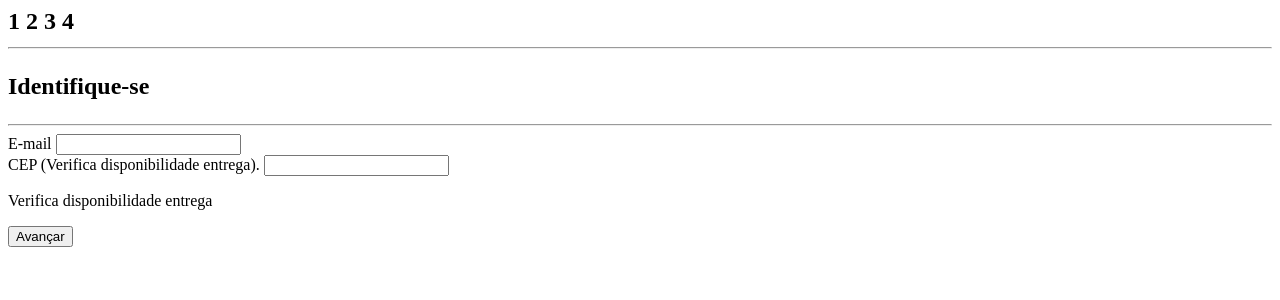
Repository: organicos/organicos.github.io
Page: compra/step_1.html
The author's editor kept a record of every edit. The page is drawn from the files as they stood at one moment, then again after the next edit.
The browser window is 1280 px wide. The pictures show the whole page.

Above is the page before.

After the next edit:
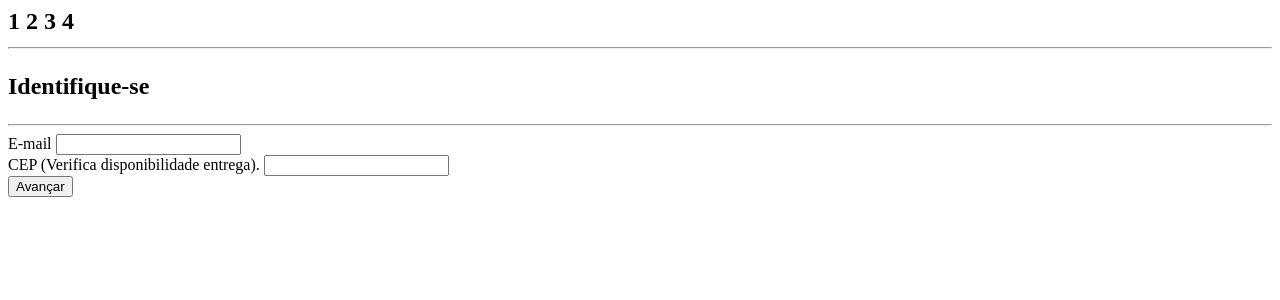
The edit:
--- a/compra/step_1.html
+++ b/compra/step_1.html
@@ -25,10 +25,8 @@
                 <input class="form-control" type="text" name="cep" />
             </div>
 
-            <p>Verifica disponibilidade entrega</p>
-
-            <div class="form-group">
-                <button class="btn btn-success" type="submit" name="buy_step_2">Avançar</button>
+            <div class="form-group text-right">
+                <button class="btn btn-success" type="submit" name="buy_step_2">Avançar <i class="fa fa-arrow-right"></i></button>
             </div>
 
         </form>
